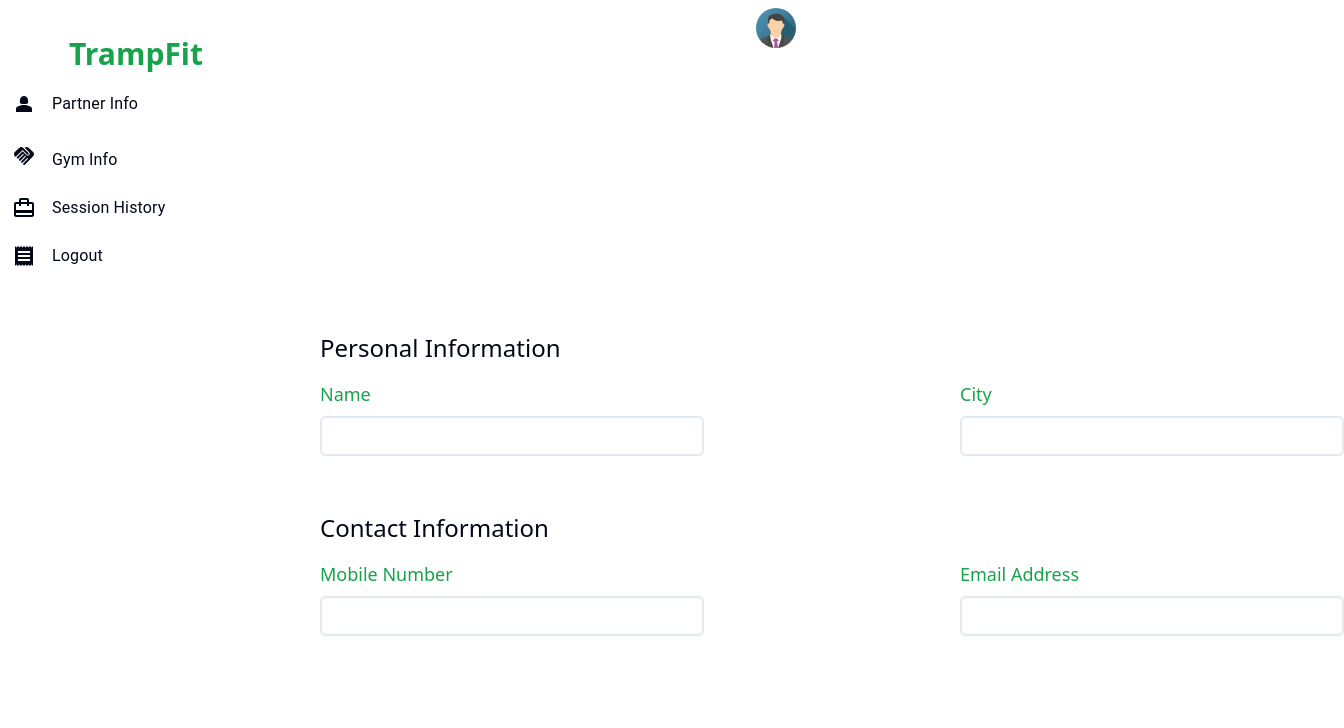
Repository: ezioxatul/TrampFit-Website
Page: /partner/partnerDashboard/partnerInfo (app in Frontend/)
An editor plug-in stored every save of this project. The page is shown before and after the next save, followed by the edit.
The browser window is 1280 px wide. The page is 1344 px wide, so the pictures cover 1344 px, including what lies to the right of the window. The pictures show the whole page.
The project was rebuilt for these pictures with package versions that can differ from the ones it lists, and the page was loaded fresh each time. The framework's server and built-in components were replaced by stand-ins that run in the browser. Also part of the build but not shown: Frontend/next.config.js, Frontend/next.config.mjs, Frontend/components/Loader.js, Frontend/components/Popup.js.

Above is the page before, as saved 2024-05-16 17:47:58.

### Frontend/pages/_app.js
import Loader from "@/components/Loader";
import "@/styles/globals.css";
import { useRouter } from "next/router";
import { useEffect, useState } from "react";


const Loading = () => {

  return (
    <Loader/>
  );
}

export default function App({ Component, pageProps }) {

  const [loading, setLoading] = useState(false);
  const router = useRouter();

  useEffect(() => {
    const handleStart = () => setLoading(true);
    const handleComplete = () => setLoading(false);

    router.events.on('routeChangeStart', handleStart);
    router.events.on('routeChangeComplete', handleComplete);
    router.events.on('routeChangeError', handleComplete);

    return () => {
      router.events.off('routeChangeStart', handleStart);
      router.events.off('routeChangeComplete', handleComplete);
      router.events.off('routeChangeError', handleComplete);
    };
  }, []);

  return (
    <>
    <div className="h-2">
      {
        loading  &&
          <Loading />

      }
      </div>
          <Component {...pageProps} />

    </>
  );
}

### Frontend/pages/_document.js
import { Html, Head, Main, NextScript } from "next/document";

export default function Document() {
  return (
    <Html lang="en">
          <Head />
          <body>
            <Main />
            <NextScript />
          </body>
        </Html>
        );
}

### Frontend/pages/partner/partnerDashboard/partnerInfo.js
import PartnerSideBar from "@/components/PartnerSideBar";
import { Avatar } from "@mui/material";
import { Input } from "@/components/ui/input";
import { Label } from "@/components/ui/label";
import { useEffect, useState } from "react";
import { useRouter } from "next/router";
import { ToastContainer, toast } from "react-toastify";

export default function partnerInfo() {
    const inputClassName = "w-96 text-lg border-2";
    const labelClassName = "text-lg text-green-600 font-normal";
    const containerClassName = "ml-80";

    return (
        <>
            <div className="flex flex-col min-h-screen">
                <div className="flex">
                    <PartnerSideBar />
                        <Avatar className="w-36 mx-auto h-36 text-6xl bg-black" src="/avtar.png" />
                </div>
                <div>
                    <h1 className={`${containerClassName} text-2xl mb-4`}>Personal Information</h1>
                    <div className={`${containerClassName} flex mb-10`}>
                        <div className="mr-32 space-y-2">
                            <Label htmlFor="name" className={labelClassName}>
                                Name
                            </Label>
                            <Input type="text" className={inputClassName} />
                        </div>
                        <div className="ml-32 space-y-2">
                            <Label htmlFor="city" className={labelClassName}>
                                City
                            </Label>
                            <Input type="text" className={inputClassName} />
                        </div>
                    </div>
                </div>
                <div>
                    <h1 className={`${containerClassName} text-2xl mb-4 mt-4`}>Contact Information</h1>
                    <div className={`${containerClassName} flex mb-10`}>
                        <div className="mr-32 space-y-2">
                            <Label htmlFor="name" className={labelClassName}>
                                Mobile Number
                            </Label>
                            <Input type="text" className={inputClassName} />
                        </div>
                        <div className="ml-32 space-y-2 mb-10">
                            <Label htmlFor="city" className={labelClassName}>
                                Email Address
                            </Label>
                            <Input type="text" className={inputClassName} />
                        </div>
                        <ToastContainer />
                    </div>
                </div>
            </div>
        </>
    );
}

### Frontend/styles/globals.css
@tailwind base;
@tailwind components;
@tailwind utilities;


@layer base {
  :root {
    --background: 0 0% 100%;
    --foreground: 222.2 84% 4.9%;

    --card: 0 0% 100%;
    --card-foreground: 222.2 84% 4.9%;

    --popover: 0 0% 100%;
    --popover-foreground: 222.2 84% 4.9%;

    --primary: 222.2 47.4% 11.2%;
    --primary-foreground: 210 40% 98%;

    --secondary: 210 40% 96.1%;
    --secondary-foreground: 222.2 47.4% 11.2%;

    --muted: 210 40% 96.1%;
    --muted-foreground: 215.4 16.3% 46.9%;

    --accent: 210 40% 96.1%;
    --accent-foreground: 222.2 47.4% 11.2%;

    --destructive: 0 84.2% 60.2%;
    --destructive-foreground: 210 40% 98%;

    --border: 214.3 31.8% 91.4%;
    --input: 214.3 31.8% 91.4%;
    --ring: 222.2 84% 4.9%;

    --radius: 0.5rem;
  }

  .dark {
    --background: 222.2 84% 4.9%;
    --foreground: 210 40% 98%;

    --card: 222.2 84% 4.9%;
    --card-foreground: 210 40% 98%;

    --popover: 222.2 84% 4.9%;
    --popover-foreground: 210 40% 98%;

    --primary: 210 40% 98%;
    --primary-foreground: 222.2 47.4% 11.2%;

    --secondary: 217.2 32.6% 17.5%;
    --secondary-foreground: 210 40% 98%;

    --muted: 217.2 32.6% 17.5%;
    --muted-foreground: 215 20.2% 65.1%;

    --accent: 217.2 32.6% 17.5%;
    --accent-foreground: 210 40% 98%;

    --destructive: 0 62.8% 30.6%;
    --destructive-foreground: 210 40% 98%;

    --border: 217.2 32.6% 17.5%;
    --input: 217.2 32.6% 17.5%;
    --ring: 212.7 26.8% 83.9%;
  }
}

@layer base {
  * {
    @apply border-border;
  }
  body {
    @apply bg-background text-foreground;
  }
}


.outline_remove:focus{


}
.focus-visible\:ring-offset-2:focus-visible{
  border:none !important;
  outline: none !important;
  border-style: none;
}

### Frontend/components/PartnerSideBar.js
import List from '@mui/material/List';
import ListItemButton from '@mui/material/ListItemButton';
import ListItemText from '@mui/material/ListItemText';
import Person2Icon from '@mui/icons-material/Person2';
import HandshakeIcon from '@mui/icons-material/Handshake';
import CardTravelIcon from '@mui/icons-material/CardTravel';
import ReceiptIcon from '@mui/icons-material/Receipt';
import LogoutIcon from '@mui/icons-material/Logout';

import { useState } from 'react';
import Link from 'next/link';
import Popup from './Popup';
import { useRouter } from 'next/router';

export default function PartnerSideBar() {

    let SideBarHeading = ['Partner Info', 'Gym Info', 'Session History', 'Logout'];

    let router = useRouter();
    let [start, setStart] = useState(false);

    const logout = () => {
        setStart(!start);
    }


    const logoutEvent = () => {
        localStorage.removeItem('partnerToken');
        setStart(false);
        router.push('/partner/partnerLogin')
    }
    return (
        <>
            <div className=" w-72  m-[-8px] p-1  mb-10">
                <Link href="#"><h1 className=' text-green-600 text-3xl font-semibold text-center mt-8 cursor-pointer'>TrampFit</h1></Link>

                <List className='bg-white mt-8 ml-6 space-y-2'>
                    {
                        SideBarHeading.map((text, index) => {
                            return (
                                index === 1 ?
                                    <>

                                        <ListItemButton className=' space-x-4 flex justify-between hover:bg-green-100 hover:rounded-2xl hover:text-green-600'>
                                            <Link href="#" className='flex space-x-4 '>
                                                <HandshakeIcon className='text-2xl' />
                                                <ListItemText primary={text} />
                                            </Link>
                                        </ListItemButton>

                                    </> :
                                    index === 0 ?
                                        <Link href="#">
                                            <ListItemButton className=' space-x-4 hover:bg-green-100 hover:rounded-2xl hover:text-green-600'>
                                                <Person2Icon className='text-2xl' />
                                                <ListItemText primary={text} />
                                            </ListItemButton>
                                        </Link> :
                                        index === 2 ?
                                            <Link href="#">
                                                <ListItemButton className=' space-x-4 hover:bg-green-100 hover:rounded-2xl hover:text-green-600'>
                                                    <CardTravelIcon className='text-2xl' />
                                                    <ListItemText primary={text} />
                                                </ListItemButton>
                                            </Link> :
                                            index === 3 ?
                                                <Link href="#">
                                                    <ListItemButton className=' space-x-4 hover:bg-green-100 hover:rounded-2xl hover:text-green-600'>
                                                        <ReceiptIcon className='text-2xl' />
                                                        <ListItemText primary={text} />
                                                    </ListItemButton>
                                                </Link> :
                                                <ListItemButton className=' space-x-4 hover:bg-green-100 hover:rounded-2xl hover:text-green-600' onClick={logout}>
                                                    <LogoutIcon className='text-2xl' />
                                                    <ListItemText primary={text} />
                                                    <Popup open={start} title={"Do you Really want to Logout?"} cancel="Cancel" logout="Logout" logoutEvent={logoutEvent} cancelEvent={logout} />
                                                </ListItemButton>
                            )
                        })
                    }
                </List>
            </div>
        </>
    );
}

### Frontend/tailwind.config.js
/** @type {import('tailwindcss').Config} */
module.exports = {
  darkMode: ["class"],
  content: [
    './pages/**/*.{js,jsx}',
    './components/**/*.{js,jsx}',
    './app/**/*.{js,jsx}',
    './src/**/*.{js,jsx}',
  ],
  prefix: "",
  theme: {
    container: {
      center: true,
      padding: "2rem",
      screens: {
        "2xl": "1400px",
      },
    },
    extend: {fontFamily: {
      play: ["Play", "sans-serif"],
    },
      colors: {
        border: "hsl(var(--border))",
        input: "hsl(var(--input))",
        ring: "hsl(var(--ring))",
        background: "hsl(var(--background))",
        foreground: "hsl(var(--foreground))",
        primary: {
          DEFAULT: "hsl(var(--primary))",
          foreground: "hsl(var(--primary-foreground))",
        },
        secondary: {
          DEFAULT: "hsl(var(--secondary))",
          foreground: "hsl(var(--secondary-foreground))",
        },
        destructive: {
          DEFAULT: "hsl(var(--destructive))",
          foreground: "hsl(var(--destructive-foreground))",
        },
        muted: {
          DEFAULT: "hsl(var(--muted))",
          foreground: "hsl(var(--muted-foreground))",
        },
        accent: {
          DEFAULT: "hsl(var(--accent))",
          foreground: "hsl(var(--accent-foreground))",
        },
        popover: {
          DEFAULT: "hsl(var(--popover))",
          foreground: "hsl(var(--popover-foreground))",
        },
        card: {
          DEFAULT: "hsl(var(--card))",
          foreground: "hsl(var(--card-foreground))",
        },
      },
      borderRadius: {
        lg: "var(--radius)",
        md: "calc(var(--radius) - 2px)",
        sm: "calc(var(--radius) - 4px)",
      },
      keyframes: {
        "accordion-down": {
          from: { height: "0" },
          to: { height: "var(--radix-accordion-content-height)" },
        },
        "accordion-up": {
          from: { height: "var(--radix-accordion-content-height)" },
          to: { height: "0" },
        },
      },
      animation: {
        "accordion-down": "accordion-down 0.2s ease-out",
        "accordion-up": "accordion-up 0.2s ease-out",
      },
    },
  },
  plugins: [require("tailwindcss-animate")],
}

Loaded but not shown: Frontend/components/ui/input.jsx (common file); Frontend/components/ui/label.jsx (common file); Frontend/lib/utils.js (common file)

After the next save:
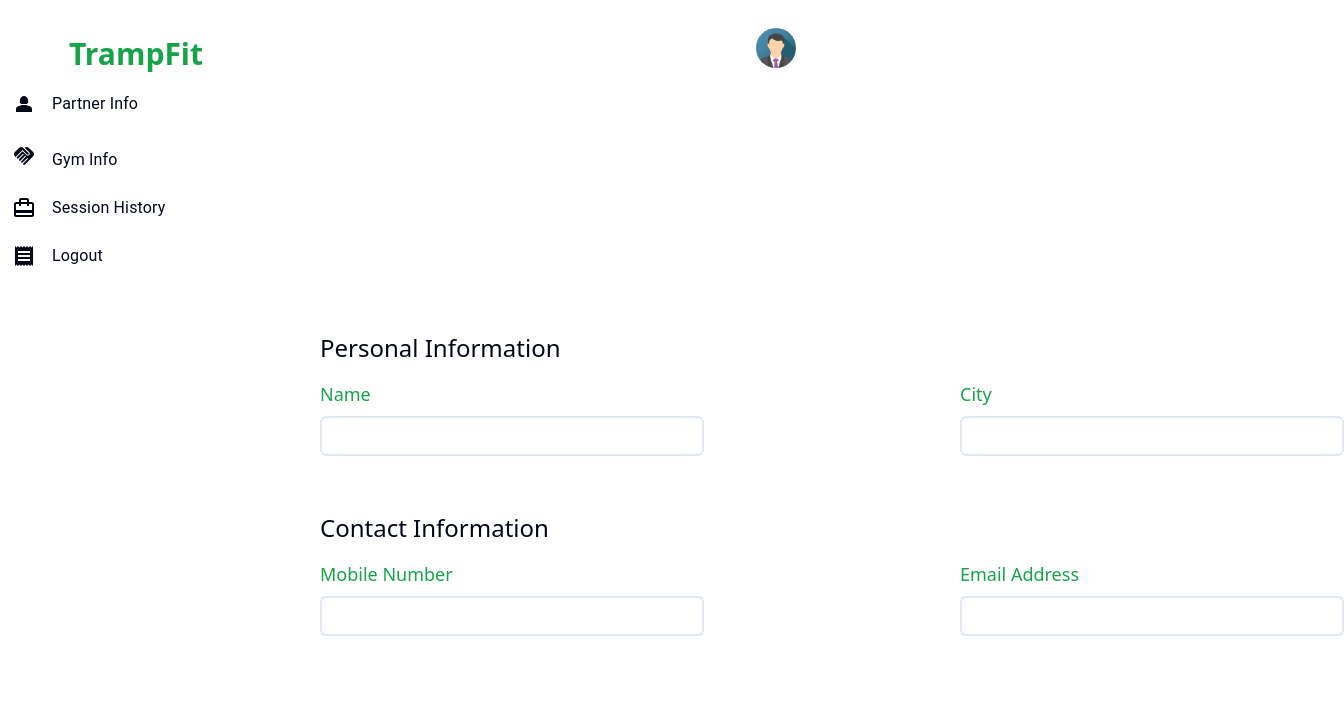
Saved 12 s later.
--- a/Frontend/pages/partner/partnerDashboard/partnerInfo.js
+++ b/Frontend/pages/partner/partnerDashboard/partnerInfo.js
@@ -16,7 +16,7 @@ export default function partnerInfo() {
             <div className="flex flex-col min-h-screen">
                 <div className="flex">
                     <PartnerSideBar />
-                        <Avatar className="w-36 mx-auto h-36 text-6xl bg-black" src="/avtar.png" />
+                        <Avatar className="w-36 mx-auto mt-5 h-36 text-6xl bg-black" src="/avtar.png" />
                 </div>
                 <div>
                     <h1 className={`${containerClassName} text-2xl mb-4`}>Personal Information</h1>
